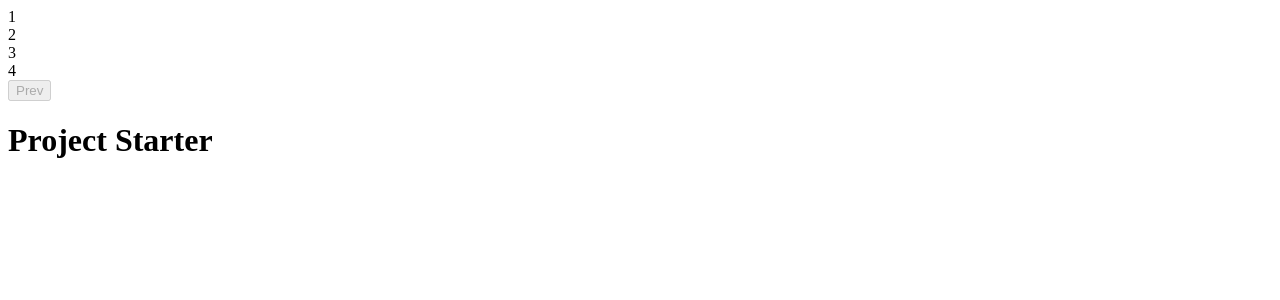
Repository: Williamlmachado/Progress-steps
Page: index.html
An editor plug-in stored every save of this project. The page is shown before and after the next save, followed by the edit.
The browser window is 1280 px wide. The pictures show the whole page.

Above is the page before, as saved 2021-08-11 09:18:42.

After the next save:
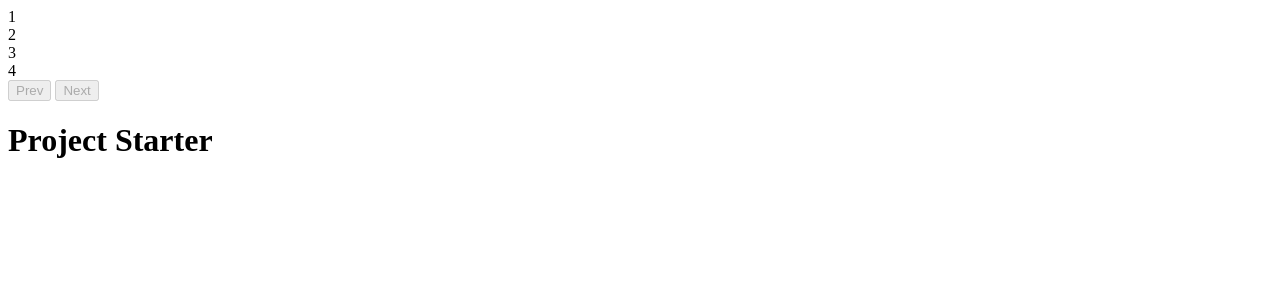
Saved 14 s later.
--- a/index.html
+++ b/index.html
@@ -16,6 +16,7 @@
                 <div class="circle">4</div>
             </div>
             <button class="btn" id="prev" disabled>Prev</button>
+            <button class="btn" id="prev" disabled>Next</button>
 
         </div>
         <h1>Project Starter</h1>
